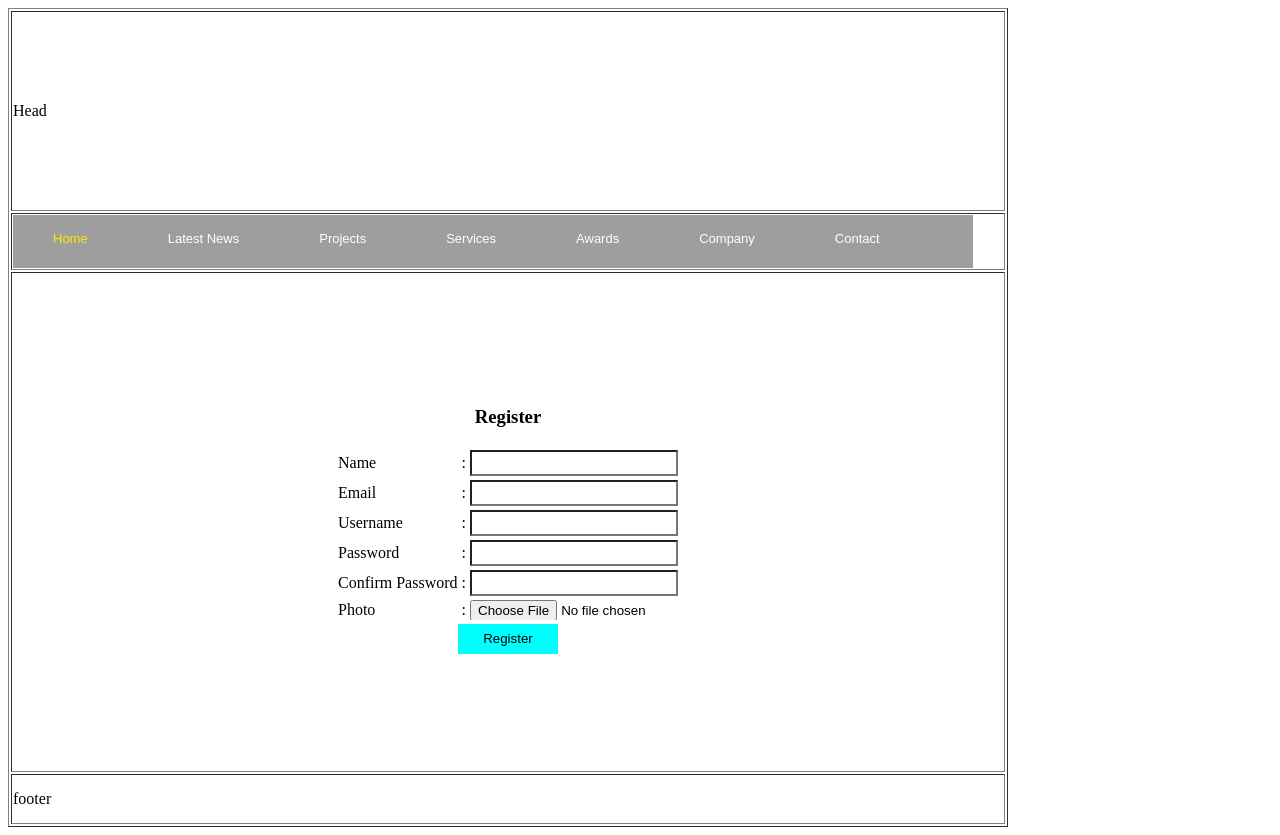
Repository: PraveenRavipati/MyWork
Page: Java/workspaces/office Java WorkScapces/works/javaTraining/WebContent/Register.html
These files come from the project's save history. The page is drawn as it stood at one moment and after the next save; the edit follows.
The browser window is 1280 px wide. The pictures show the whole page.
Pictures or frames that could not be fetched are drawn as grey boxes.

Above is the page before, as saved 2014-06-02 09:51:34.

### Java/workspaces/office Java WorkScapces/works/javaTraining/WebContent/Register.html
<!DOCTYPE html PUBLIC "-//W3C//DTD HTML 4.01 Transitional//EN" "http://www.w3.org/TR/html4/loose.dtd">
<html>
<head>
<meta http-equiv="Content-Type" content="text/html; charset=UTF-8">
<title>Insert title here</title>
<link href="style.css" rel="stylesheet" type="text/css">
<script type="text/javascript">

</script>
</head>
<body>
	<table border="1" width="1000">
		<tr height="200">
			<td>Head</td>
		</tr>
		<tr height="50">
			<td><div id="templatemo_menu">
            	<ul>
                    <li><a href="#" class="current">Home</a></li>
                    <li><a href="#">Latest News</a></li>
                    <li><a href="#">Projects</a></li>
                    <li><a href="#">Services</a></li>
                    <li><a href="#">Awards</a></li>
                    <li><a href="#">Company</a></li>
                    <li><a href="#" class="last">Contact</a></li>
                </ul>
            </div></td>
		</tr>
		<tr height="500">
			<td>
			<form action="./Register" method="post" name="f1">
				<table align="center" border="0">
				<caption><h3>Register</h3></caption>
				<tr>
					<td>Name</td>
					<td>:</td>
					<td><input type="text" name="name" onblur="name();"></td>
				</tr>
				<tr>
					<td>Email</td>
					<td>:</td>
					<td><input type="text" name="email"></td>
				</tr>
				<tr>
					<td>Username</td>
					<td>:</td>
					<td><input type="text" name="uname"></td>
				</tr>
				<tr>
					<td>Password</td>
					<td>:</td>
					<td><input type="password" name="pwd"></td>
				</tr>
				<tr>
					<td>Confirm Password</td>
					<td>:</td>
					<td><input type="password" name="confipwd"></td>
				</tr>
				<tr>
					<td>Photo</td>
					<td>:</td>
					<td><input type="file" name="photo" /></td>
				</tr>
				<tr>
					<td colspan="3" align="center"><input class="submit" type="submit" value="Register"></td>
				</tr>
				</table>
				</form>
			</td>
		</tr>
		<tr height="50">
			<td>footer</td>
		</tr>
	</table>
</body>
</html>

### Java/workspaces/office Java WorkScapces/works/javaTraining/WebContent/style.css
input {
	width: 200px;
	height: 20px;
	background-color: inactivecaption;

}
.submit{
	width: 100px;
	height: 30px;
	background-color: aqua;
	border-style: hidden;
}
#templatemo_menu {
	float: left;
	width: 960px;
	height: 48px;
	background: url(images/templatemo_menu_bg.jpg);
	padding: 5px 0 0 0;
}

#templatemo_menu ul {
	float: right;
	margin: 0px;
	padding: 0 0 0 0;
	width: 960px;
	list-style: none;
}

#templatemo_menu ul li {
	display: inline;
}

#templatemo_menu ul li a {
	float: left;
	padding: 11px 40px;
	text-align: center;
	font-size: 12px;
	text-align: center;
	text-decoration: none;
	background: url(images/templatemo_menu_divider.png) center right no-repeat;
	color: #fff;
	font-family: Arial, Helvetica, sans-serif;
	font-size: 13px;
	outline: none;
}

#templatemo_menu li a:hover, #templatemo_menu li .current {
	color: #ffeb00;
}

#templatemo_menu li .last {
	background: none;
}

After the next save:
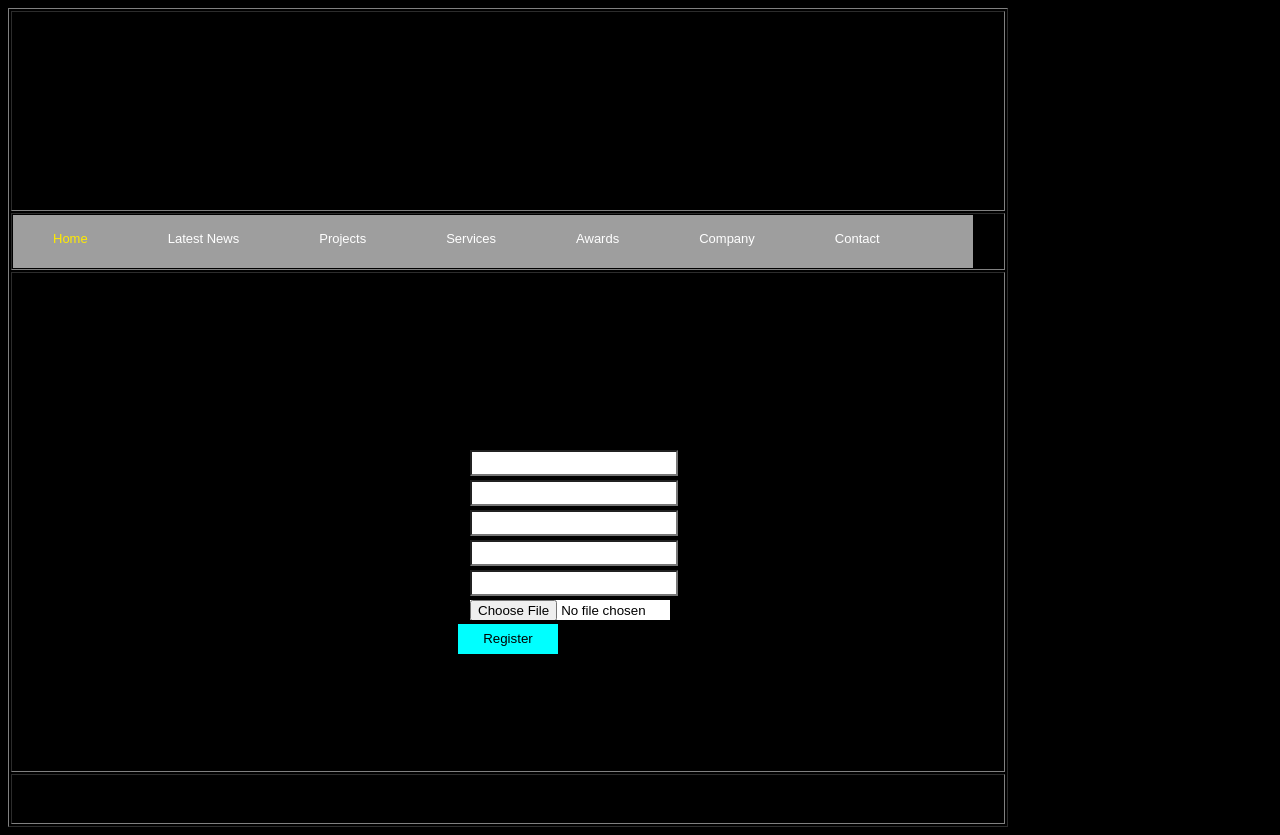
Saved 47 s later.
--- a/Java/workspaces/office Java WorkScapces/works/javaTraining/WebContent/Register.html
+++ b/Java/workspaces/office Java WorkScapces/works/javaTraining/WebContent/Register.html
@@ -8,7 +8,7 @@
 
 </script>
 </head>
-<body>
+<body bgcolor="black">
 	<table border="1" width="1000">
 		<tr height="200">
 			<td>Head</td>
